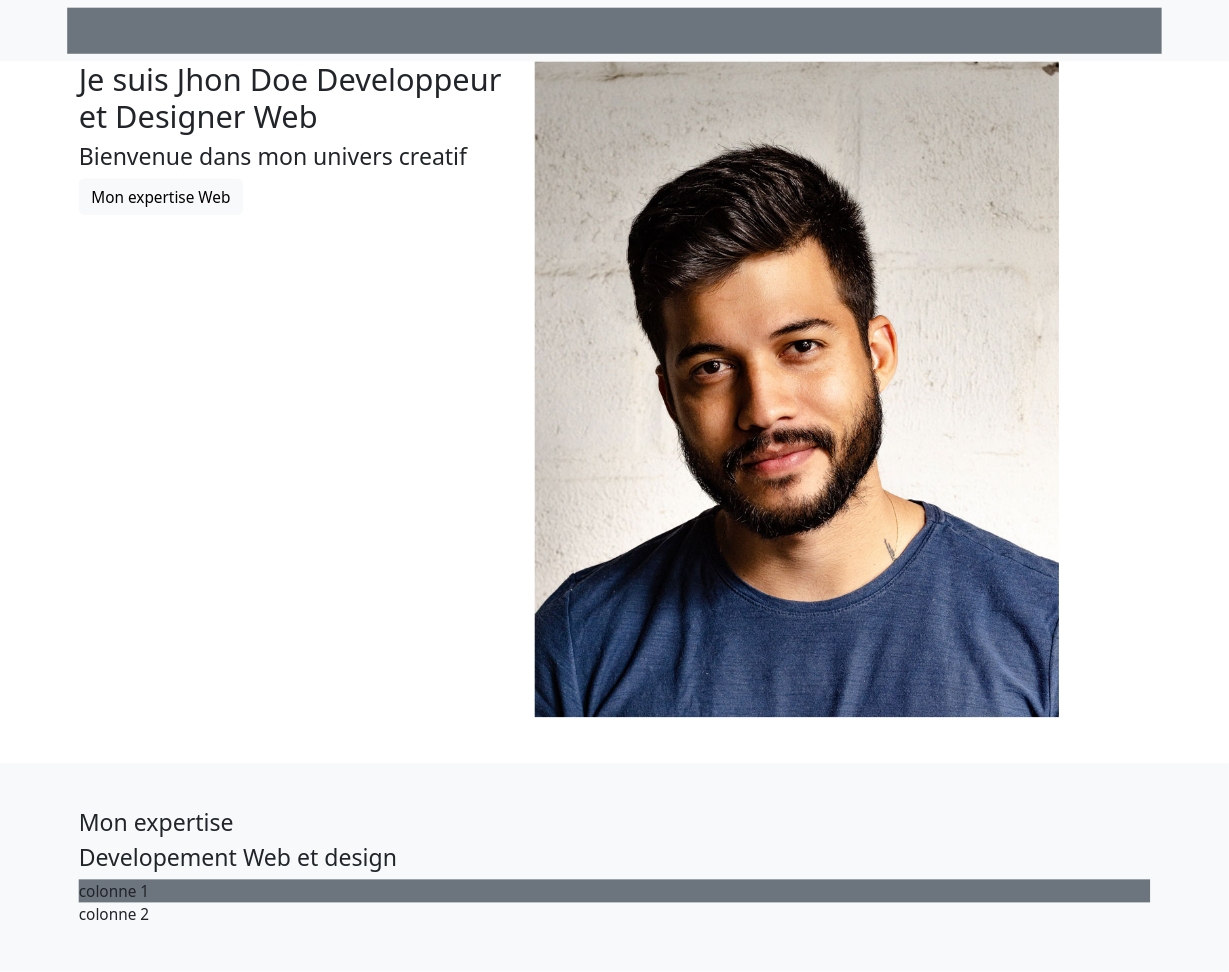
Repository: wadelfadill/Bootstrap_tache_1_portfolio
Page: index.html
These files come from the project's save history. The page is drawn as it stood at one moment and after the next save; the edit follows.
The browser window is 1280 px wide. The pictures show the whole page, at 96% of full size.

Above is the page before, as saved 2023-03-27 12:02:55.

After the next save:
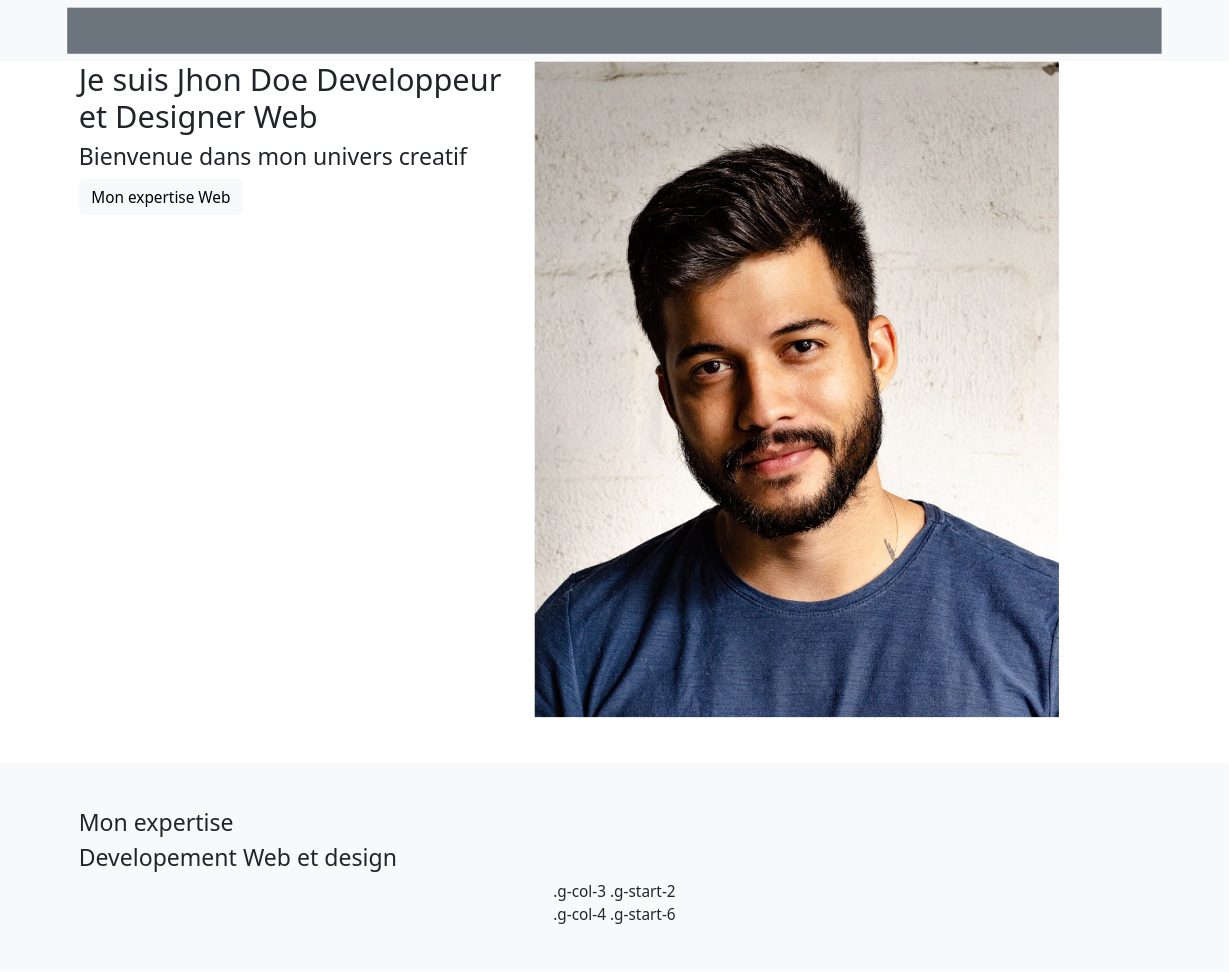
Saved 108 s later.
--- a/index.html
+++ b/index.html
@@ -31,14 +31,10 @@
        <div class="container">
         <p class="h4">Mon expertise</p>
         <p class="h4">Developement Web et design</p>
-        <div class="grid">
-            <div class="g-col-4 bg-secondary" style="--bs-columns: 2; g-start-1">
-                colonne 1
-            </div>
-            <div class="g-col-4 g-start-2">
-                colonne 2
-            </div>
-        </div>
+        <div class="grid text-center">
+            <div class="g-col-3 g-start-2">.g-col-3 .g-start-2</div>
+            <div class="g-col-4 g-start-6">.g-col-4 .g-start-6</div>
+          </div>
        </div>
     </div>
 </body>
